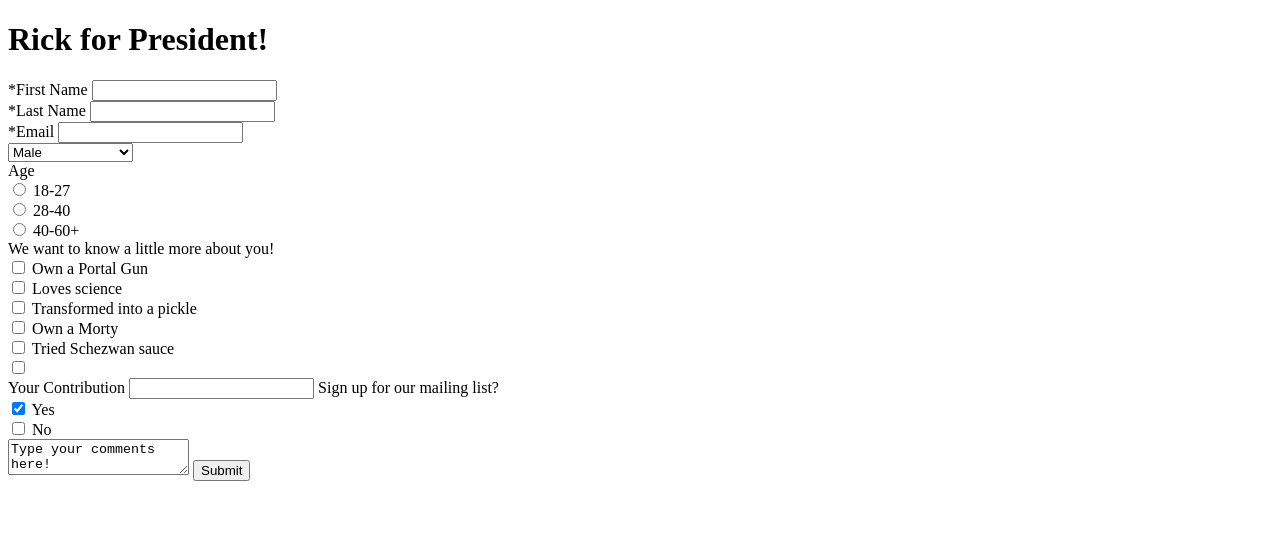
Repository: sunkim96/cosw30
Page: homework/homework2/contact.html
The author's editor kept a record of every edit. The page is drawn from the files as they stood at one moment, then again after the next edit.
The browser window is 1280 px wide. The pictures show the whole page.

Above is the page before.

After the next edit:
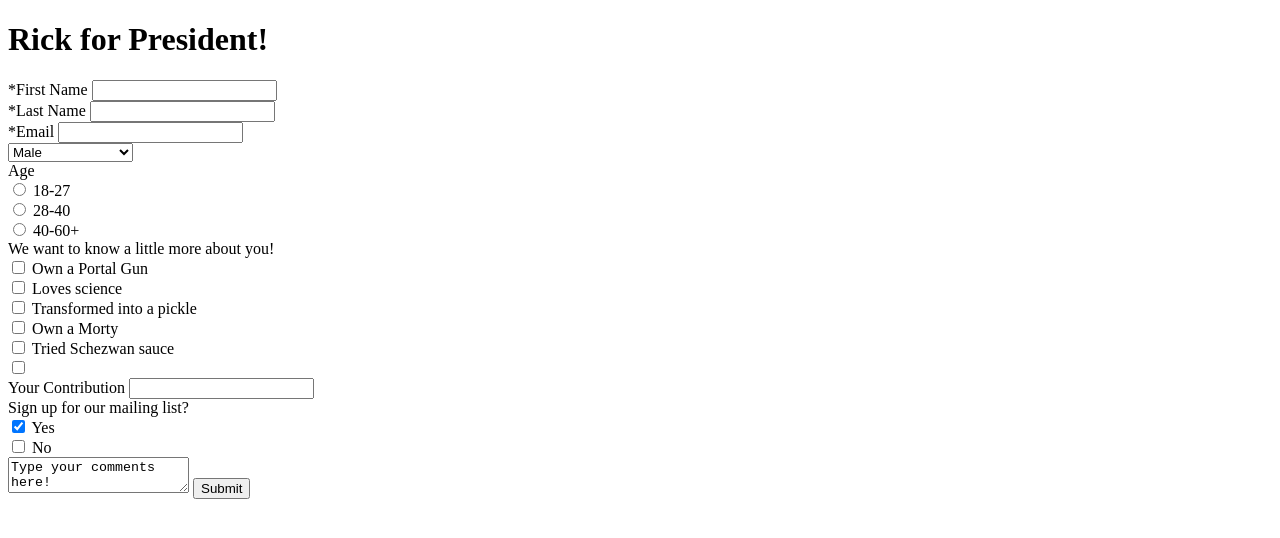
The edit:
--- a/homework/homework2/contact.html
+++ b/homework/homework2/contact.html
@@ -45,7 +45,7 @@
 
 
               <label for="contribution">Your Contribution</label>
-              <input type="number" name="cont" min="0">
+              <input type="number" name="cont" min="0"><br>
 
 
               <!-- mailing list yes or no !-->
